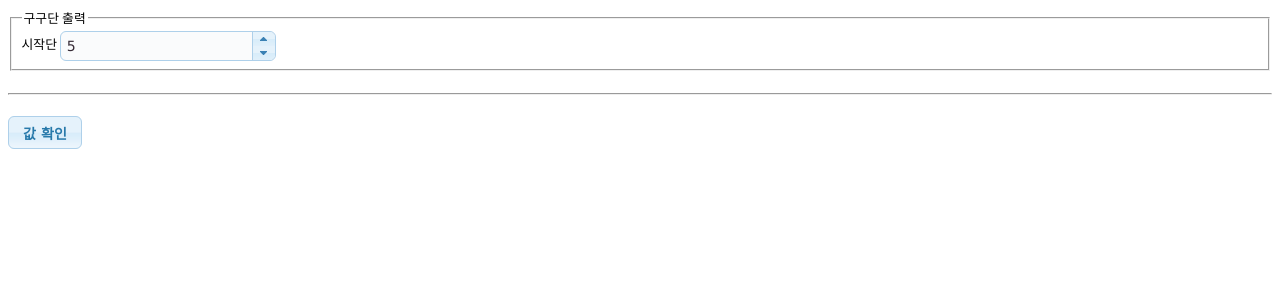
Repository: popconnect/jQuery
Page: http://localhost/jQueryUiEx02/SpinnerEx01.jsp
These files come from the project's save history. The page is drawn as it stood at one moment and after the next save; the edit follows.
The browser window is 1280 px wide. The pictures show the whole page.
The page is served by Tomcat 9.

Above is the page before, as saved 2023-05-17 03:25:54.

After the next save:
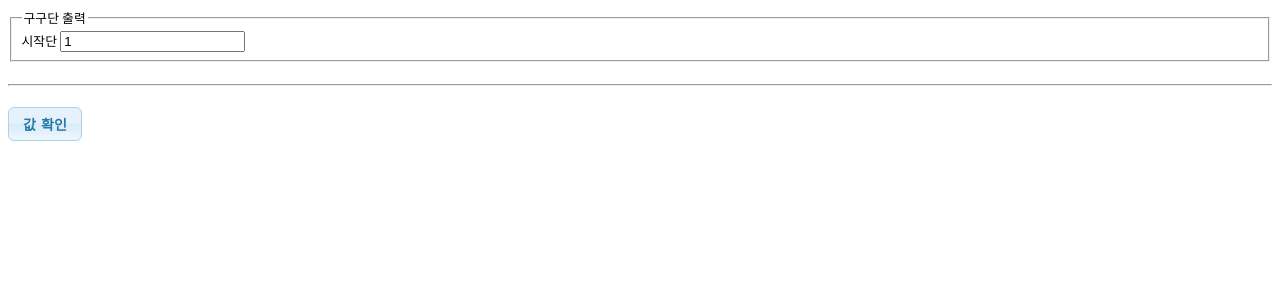
Saved 20 s later.
--- a/jQueryUiEx02/src/main/webapp/SpinnerEx01.jsp
+++ b/jQueryUiEx02/src/main/webapp/SpinnerEx01.jsp
@@ -35,7 +35,7 @@ body {
 	<fieldset>
 	<legend>구구단 출력</legend>
 		<label for="start">시작단</label>
-		<input type="text" id="spinner" value="5" readonly="readonly"/>
+		<input type="text" id="start" value="1" readonly="readonly"/>
 	</fieldset>
 	<br><hr><br>
 	<button id="btn">값 확인</button>
